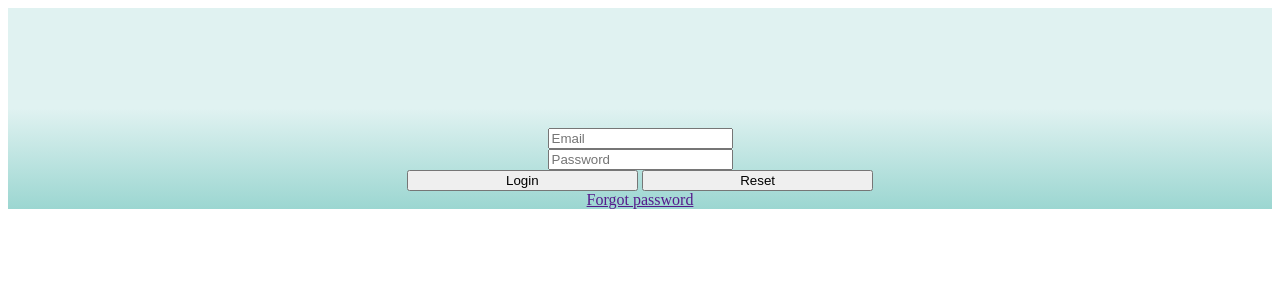
Repository: Indurupi/FriendZone
Page: FriendZoneFrontEnd/WebContent/js/service/login.html
These files come from the project's save history. The page is drawn as it stood at one moment and after the next save; the edit follows.
The browser window is 1280 px wide. The pictures show the whole page.

Above is the page before, as saved 2017-03-20 09:39:06.

### FriendZoneFrontEnd/WebContent/js/service/login.html
<!DOCTYPE html>
<html>
<head>
<meta charset="ISO-8859-1">
<title>Friendzone</title>
<style type="text/css">
body
{

}
#loginpage {
	background: linear-gradient(to bottom, #e0f2f1 50%, #80cbc4 120%);
	color: #ffffff;
	height: 91%;
	padding-top: 100px;
}
</style>
</head>
<body>
	<div align="center" id="loginpage">
		<form style="padding-top: 20px">
			<div class="input-group" id="LoginUsername">
				<span class="input-group-addon" id="basic-addon1">
					<div class="glyphicon glyphicon-user"></div>
				</span> <input type="text" class="form-control" placeholder="Email"
					aria-describedby="basic-addon1" />
			</div>

			<div class="input-group">
				<span class="input-group-addon" id="basic-addon1">
					<div class="glyphicon glyphicon-lock"></div>
				</span> <input type="password" class="form-control" placeholder="Password"
					aria-describedby="basic-addon1" />
			</div>


			<button class="btn" id="custom-button" style="width: 18.3%"
				type="submit">Login</button>
			<button class="btn" id="custom-button" style="width: 18.3%"
				type="reset">Reset</button>
			<br> <a href="">Forgot password</a>
		</form>
	</div>
</body>
</html>

After the next save:
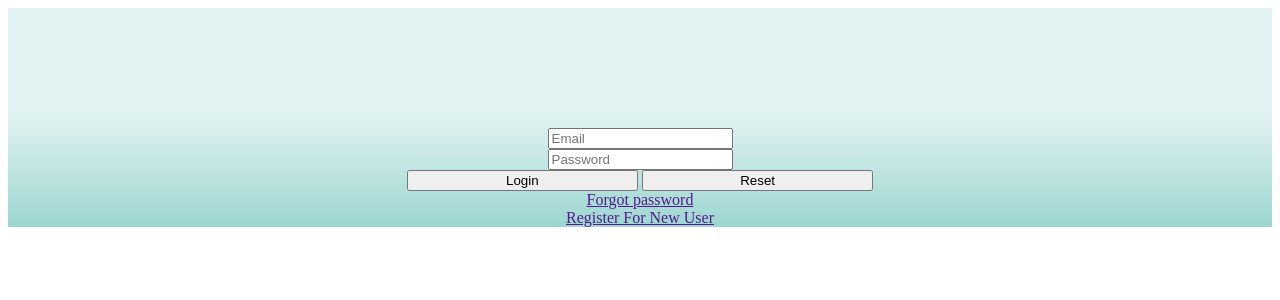
Saved 25 min 56 s later.
--- a/FriendZoneFrontEnd/WebContent/js/service/login.html
+++ b/FriendZoneFrontEnd/WebContent/js/service/login.html
@@ -39,6 +39,7 @@ body
 			<button class="btn" id="custom-button" style="width: 18.3%"
 				type="reset">Reset</button>
 			<br> <a href="">Forgot password</a>
+			<br> <a href="">Register For New User</a>
 		</form>
 	</div>
 </body>
